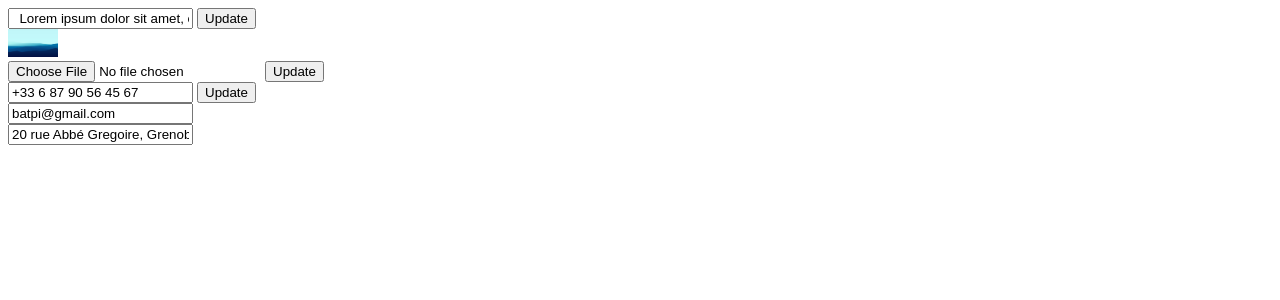
Repository: Yoon-Dev/ProjetS4
Page: http://localhost/backoffice/admin/index.php
The author's editor kept a record of every edit. The page is drawn from the files as they stood at one moment, then again after the next edit.
The browser window is 1280 px wide. The pictures show the whole page.
The page is run by PHP 8.4 with error messages shown; the project is at /var/www/html/. The session is filled in as if someone had signed in: {"acces": true}. Other server files are loaded and not shown. The database holds what the project's SQL file puts in it.

Above is the page before.

### backoffice/admin/index.php
<?php
session_start();
require "../../utils/checkAcces.php";
require '../../utils/conn.php';
checkAcces("../");
chargerclass("../../class/", "Manager");
chargerclass("../../class/", "Page");
$manager = new Manager($conn);
$page = $manager->getPageModel();
?>
<!DOCTYPE html>
<html lang="en">
<head>
    <meta charset="UTF-8">
    <meta name="viewport" content="width=device-width, initial-scale=1.0">
    <meta http-equiv="X-UA-Compatible" content="ie=edge">
    <title>Identification</title>
</head>
<body>

    <input type="textarea" id="presentation" name="presentation" data-bdd="page" value="<?php echo $page->presentation();?>"/>
    <button class="btn-update" data-input="#presentation">Update</button>
    <br>
    <img src="<?php echo '../../'.$page->img1();?>" style="width:50px;"/><br>
    <input type="file" id="img1" name="img1" data-bdd="page" value="<?php echo $page->img1();?>"/>
    <button class="btn-update" data-input="#img1">Update</button>
    <br>
    <input type="text" id="numero" name="numero" data-bdd="page" value="<?php echo $page->numero();?>"/>
    <button class="btn-update" data-input="#numero">Update</button>
    <br>
    <input type="text" name="email" data-bdd="page" value="<?php echo $page->email();?>"/><br>
    <input type="text" name="adresse" data-bdd="page" value="<?php echo $page->adresse();?>"/><br>

</body>
</html>

### utils/checkAcces.php
<?php

function checkAcces(string $redirect)
{

   if(!$_SESSION['acces']){
        header("Location: ".$redirect);
        exit();
        echo "acces denied";
    }

}

### utils/conn.php
<?php
// connect to bdd
// $conn = new PDO('mysql:host=localhost;dbname=s4;charset=utf8', 'admin', 'pass');
$conn = new PDO('mysql:host=localhost;dbname=s4;charset=utf8', 'admin', 'pass');
$conn->setAttribute(PDO::ATTR_ERRMODE, PDO::ERRMODE_WARNING); // On émet une alerte à chaque fois qu'une requête a échoué

function chargerclass($dossier, $classname){
    require $dossier.$classname.".php";
}

### class/Manager.php
<?php
class Manager{
// ++++++++++++++++++++++++++++++++++++++++++++++++++++++++++++++++++++++++++++++++++++
    // caratéristique
// ++++++++++++++++++++++++++++++++++++++++++++++++++++++++++++++++++++++++++++++++++++
    protected $_conn;
// °°°°°°°°°°°°°°°°°°°°°°°°°°°°°°°°°°°°°°°°°°°°°°°°°°°°°°°°°°°°°°°°°°°°°°°°°°°°°°°°°°°°
    // CONSTRUCT
// °°°°°°°°°°°°°°°°°°°°°°°°°°°°°°°°°°°°°°°°°°°°°°°°°°°°°°°°°°°°°°°°°°°°°°°°°°°°°°°°°°°°
    public function __construct($conn){$this->setDb($conn);}
// ++++++++++++++++++++++++++++++++++++++++++++++++++++++++++++++++++++++++++++++++++++
// fonctionnalité
// ++++++++++++++++++++++++++++++++++++++++++++++++++++++++++++++++++++++++++++++++++++
// °°°°°°°°°°°°°°°°°°°°°°°°°°°°°°°°°°°°°°°°°°°°°°°°°°°°°°°°°°°°°°°°°°°°°°°°°°°°°°°°°°°°°°°°°°°°°°°°
    public function getAdminPassword(string $username, string $pass)
    {
    $res = null;
    // get the admin password for admin identification
        if(!empty($username)){
            $q = $this->_conn->prepare('SELECT password FROM Admin WHERE username = :username');
            $q->execute(['username' => $username]);
            while ($donnees = $q->fetch(PDO::FETCH_ASSOC))
            {
                if (password_verify($pass, $donnees['password'])) {
                   $res = "succes";
                }else{
                    $res = "error";
                }
            }
            if(empty($res)){
                $res = "error";
            }
        }else{
            $res = "error";
        }
    return json_encode($res);
    }
// °°°°°°°°°°°°°°°°°°°°°°°°°°°°°°°°°°°°°°°°°°°°°°°°°°°°°°°°°°°°°°°°°°°°°°°°°°°°°°°°°°°°°°°°°°°°°°°°
    public function getPageModel()
    {
    $page = null;
    //get the data and create the page model
        $q = $this->_conn->prepare('SELECT * FROM `Page`');
        $q->execute();

        while ($donnees = $q->fetch(PDO::FETCH_ASSOC))
        {

          $page = new Page($donnees);

        }

    return $page;

    }
// °°°°°°°°°°°°°°°°°°°°°°°°°°°°°°°°°°°°°°°°°°°°°°°°°°°°°°°°°°°°°°°°°°°°°°°°°°°°°°°°°°°°°°°°°°°°°°°°
    public function updateSingleRow(string $table, string $type, string $value, int $rownbr)
    {
    $res = null;
    //get the data and create the page model
        $q = $this->_conn->prepare("UPDATE {$table} SET {$type} = :valuee WHERE id = :id");
        $q->bindValue(':id', $rownbr);
        $q->bindValue(':valuee', $value);
        $q->execute();

    return $res;

    }
// °°°°°°°°°°°°°°°°°°°°°°°°°°°°°°°°°°°°°°°°°°°°°°°°°°°°°°°°°°°°°°°°°°°°°°°°°°°°°°°°°°°°°°°°°°°°°°°°
// °°°°°°°°°°°°°°°°°°°°°°°°°°°°°°°°°°°°°°°°°°°°°°°°°°°°°°°°°°°°°°°°°°°°°°°°°°°°°°°°°°°°°°°°°°°°°°°°
    // SETTER
// °°°°°°°°°°°°°°°°°°°°°°°°°°°°°°°°°°°°°°°°°°°°°°°°°°°°°°°°°°°°°°°°°°°°°°°°°°°°°°°°°°°°°°°°°°°°°°°°
    public function setDb(PDO $conn){$this->_conn = $conn;}

// end
}
?>

### class/Page.php
<?php
// Model de donnée à réutiliser sans modération
class Page{
// ++++++++++++++++++++++++++++++++++++++++++++++++++++++++++++++++++++++++++++++++++++
    // caratéristique
// ++++++++++++++++++++++++++++++++++++++++++++++++++++++++++++++++++++++++++++++++++++
    protected   $_presentation,
                $_img1,
                $_numero,
                $_email,
                $_adresse;
// °°°°°°°°°°°°°°°°°°°°°°°°°°°°°°°°°°°°°°°°°°°°°°°°°°°°°°°°°°°°°°°°°°°°°°°°°°°°°°°°°°°°
    // CONSTRUCT
// °°°°°°°°°°°°°°°°°°°°°°°°°°°°°°°°°°°°°°°°°°°°°°°°°°°°°°°°°°°°°°°°°°°°°°°°°°°°°°°°°°°°
    public function __construct(Array $data)
    {
        $this->hydrate($data);
    }
// °°°°°°°°°°°°°°°°°°°°°°°°°°°°°°°°°°°°°°°°°°°°°°°°°°°°°°°°°°°°°°°°°°°°°°°°°°°°°°°°°°°°
    // HYDRATE
// °°°°°°°°°°°°°°°°°°°°°°°°°°°°°°°°°°°°°°°°°°°°°°°°°°°°°°°°°°°°°°°°°°°°°°°°°°°°°°°°°°°°
    public function hydrate(Array $data)
    {
        foreach ($data as $key => $value){
            $method='set'.ucfirst($key);
            if (method_exists($this, $method)){
                $this->$method($value);
            }
        }
    }
// ++++++++++++++++++++++++++++++++++++++++++++++++++++++++++++++++++++++++++++++++++++
    // fonctionnalité
// ++++++++++++++++++++++++++++++++++++++++++++++++++++++++++++++++++++++++++++++++++++
    // code
// °°°°°°°°°°°°°°°°°°°°°°°°°°°°°°°°°°°°°°°°°°°°°°°°°°°°°°°°°°°°°°°°°°°°°°°°°°°°°°°°°°°°
    // GETTER
// °°°°°°°°°°°°°°°°°°°°°°°°°°°°°°°°°°°°°°°°°°°°°°°°°°°°°°°°°°°°°°°°°°°°°°°°°°°°°°°°°°°°
    public function presentation(){return$this->_presentation;}
    public function img1(){return$this->_img1;}
    public function numero(){return$this->_numero;}
    public function email(){return$this->_email;}
    public function adresse(){return$this->_adresse;}
// °°°°°°°°°°°°°°°°°°°°°°°°°°°°°°°°°°°°°°°°°°°°°°°°°°°°°°°°°°°°°°°°°°°°°°°°°°°°°°°°°°°°
    // SETTER
// °°°°°°°°°°°°°°°°°°°°°°°°°°°°°°°°°°°°°°°°°°°°°°°°°°°°°°°°°°°°°°°°°°°°°°°°°°°°°°°°°°°°
    public function setPresentation($presentation){if(!empty($presentation) && is_string($presentation)){$this->_presentation = $presentation;}}
    public function setImg1($img1){if(!empty($img1) && is_string($img1)){$this->_img1 = $img1;}}
    public function setNumero($numero){if(!empty($numero) && is_string($numero)){$this->_numero = $numero;}}
    public function setEmail($email){if(!empty($email) && is_string($email)){$this->_email = $email;}}
    public function setAdresse($adresse){if(!empty($adresse) && is_string($adresse)){$this->_adresse = $adresse;}}
// °°°°°°°°°°°°°°°°°°°°°°°°°°°°°°°°°°°°°°°°°°°°°°°°°°°°°°°°°°°°°°°°°°°°°°°°°°°°°°°°°°°°
// fin CLASSE
}
?>

### s4.sql (the tables this page reads)
CREATE TABLE `Page` (
  `presentation` varchar(4096) CHARACTER SET utf8 NOT NULL,
  `img1` varchar(4096) NOT NULL,
  `numero` varchar(255) NOT NULL,
  `email` varchar(255) NOT NULL,
  `adresse` varchar(255) NOT NULL
) ENGINE=InnoDB DEFAULT CHARSET=latin1;

INSERT INTO `Page` VALUES ('  Lorem ipsum dolor sit amet, consectetur adipiscing elit. Maecenas semper egestas orci, eget feugiat ipsum porta sodales. Nulla ultrices at metus et eleifend. Duis molestie condimentum metus at faucibus. Nullam scelerisque lectus quis augue dignissim, vitae mollis nibh dictum. Aliquam faucibus nibh nec aliquet lobortis. Fusce eleifend dictum turpis molestie sodales. Suspendisse eget nibh egestas, varius libero hendrerit, finibus dolor. Quisque cursus risus a est sagittis pellentesque. Nunc nec tortor et lectus vestibulum pretium nec vel massa. Ut faucibus dapibus sapien, eget porta diam finibus non. Aenean eu orci nec augue laoreet scelerisque vitae quis nulla. Sed fringilla ipsum sem, sed scelerisque ligula eleifend et. Nullam nec dolor tellus. Orci varius natoque penatibus et magnis dis parturient montes, nascetur ridiculus mus. Vivamus porta ante lacus, et finibus nibh imperdiet a. Duis posuere, neque nec tempor elementum, lacus leo accumsan neque, ut elementum ex ex in nisi.  Fusce ornare varius nisi ut lacinia. Sed vitae ornare tortor, vel aliquam est. Donec eu lorem ultrices sapien blandit scelerisque eget id mauris. Curabitur auctor egestas metus, sit amet rutrum risus rhoncus vitae. Vivamus porttitor, lorem at cursus tincidunt, felis felis blandit turpis, sit amet rhoncus dolor nisi et dolor. Interdum et malesuada fames ac ante ipsum primis in faucibus. Ut sodales tempus nulla id tincidunt. Aliquam nisi massa, egestas quis erat sed, fermentum vulputate tellus. Vestibulum facilisis odio odio, at consequat ligula aliquet in. Maecenas pulvinar felis et consectetur pellentesque. Quisque suscipit quis dui at ullamcorper. Aliquam nulla mi, laoreet sit amet ullamcorper eget, cursus vitae tortor. ','./img/img1.png','+33 6 87 90 56 45 67','batpi@gmail.com','20 rue Abbé Gregoire, Grenoble');

After the next edit:
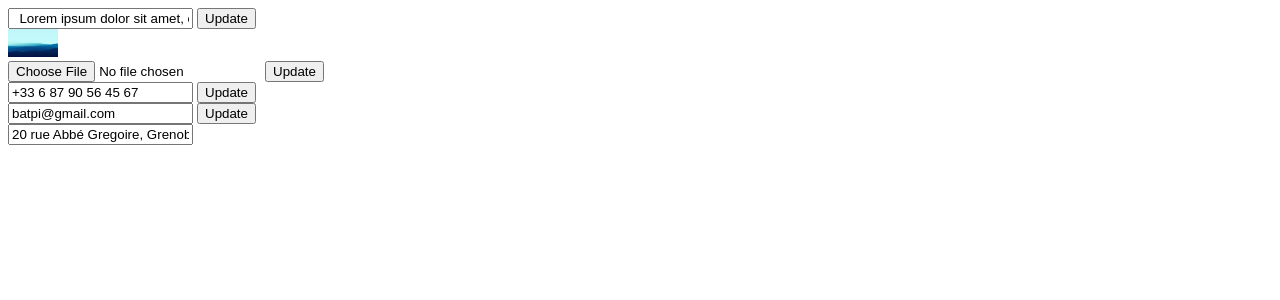
The edit:
--- a/backoffice/admin/index.php
+++ b/backoffice/admin/index.php
@@ -28,7 +28,9 @@
     <input type="text" id="numero" name="numero" data-bdd="page" value="<?php echo $page->numero();?>"/>
     <button class="btn-update" data-input="#numero">Update</button>
     <br>
-    <input type="text" name="email" data-bdd="page" value="<?php echo $page->email();?>"/><br>
+    <input type="text" name="email" data-bdd="email" value="<?php echo $page->email();?>"/>
+    <button class="btn-update" data-input="#email">Update</button>
+    <br>
     <input type="text" name="adresse" data-bdd="page" value="<?php echo $page->adresse();?>"/><br>
 
 </body>
